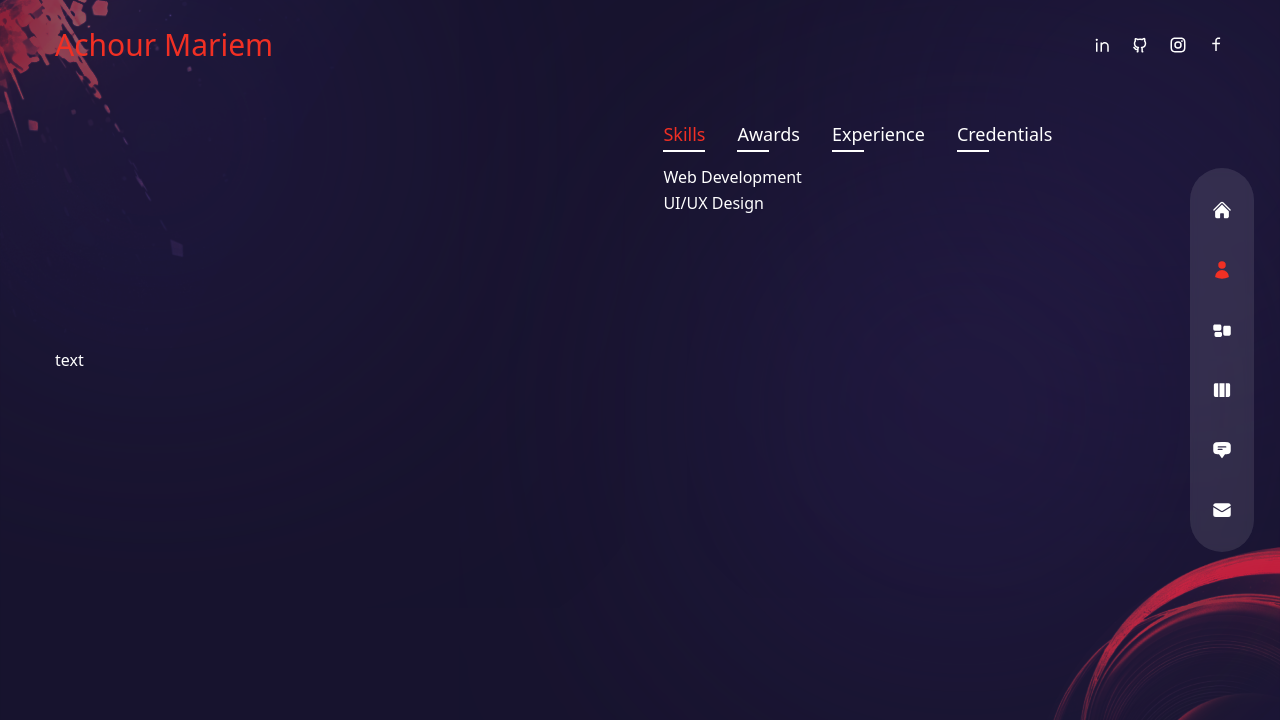
Repository: AchourMaryem/My-personal-portfolio
Page: /about
The author's editor kept a copy of each file at every save. The page is drawn from the files as they stood at one save, then again after a run of saves.
The browser window is 1280 px wide. The pictures show the whole page.
The project was rebuilt for these pictures with package versions that can differ from the ones it lists, and the page was loaded fresh each time. The framework's server and built-in components were replaced by stand-ins that run in the browser. Also part of the build but not shown: next.config.js.

Above is the page before, as saved 2023-09-22 02:04:59.

After the next 2 saves:
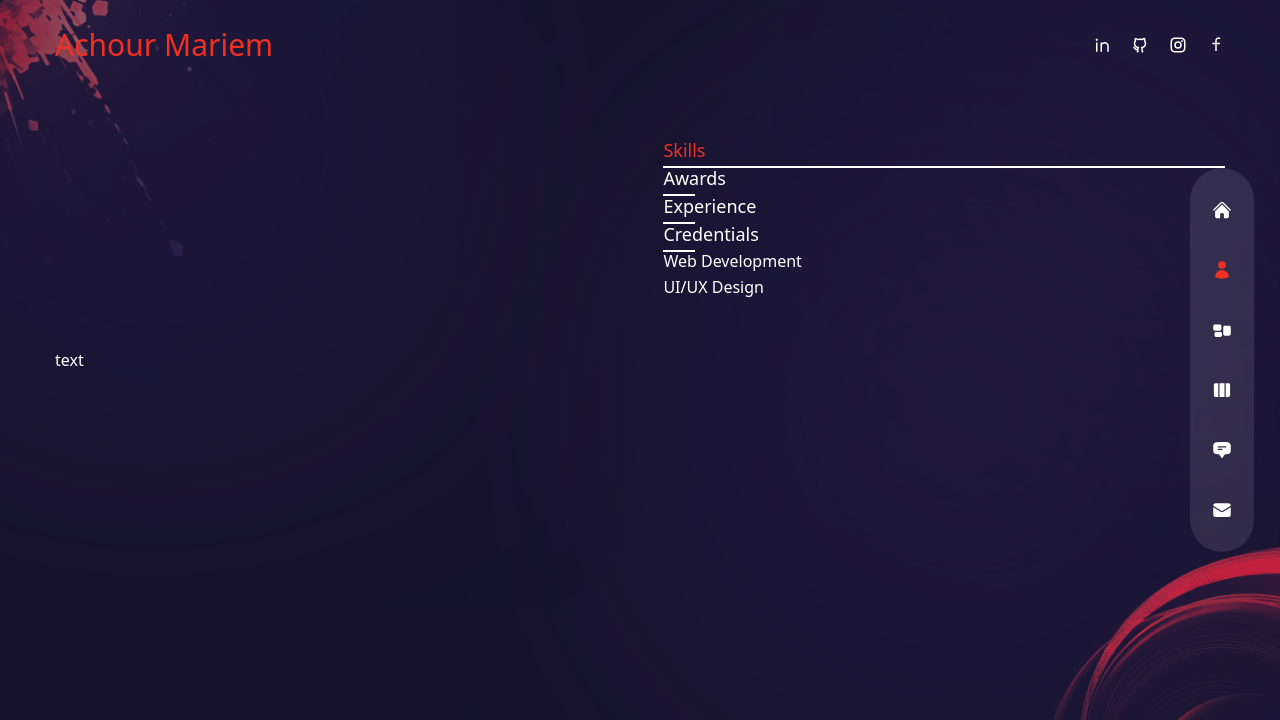
The 2 saves are shown as one change because 1 did not build or start.
The last was saved 85 s later.
--- a/pages/about/index.js
+++ b/pages/about/index.js
@@ -111,7 +111,8 @@ const About = () => {
     <div className='container mx-auto h-full flex felx-col items-center xl:flex-row gap-x-6'>
       <div className='flex-1 flex flex-col justify-center'>text</div>
       <div className='flex flex-col w-full xl:max-w-[48%] h-[480px]'>
-        <div className='flex gap-x-4 xl:gap-x-8 mx-auto xl:mx-0 mb-4'>
+        <div className='flex gap-x-4 xl:gap-x-8 mx-auto xl:mx-0 mb-4'></div>
+        <div>
           {aboutData.map((item, itemIndex)=>{
             return (
               <div
